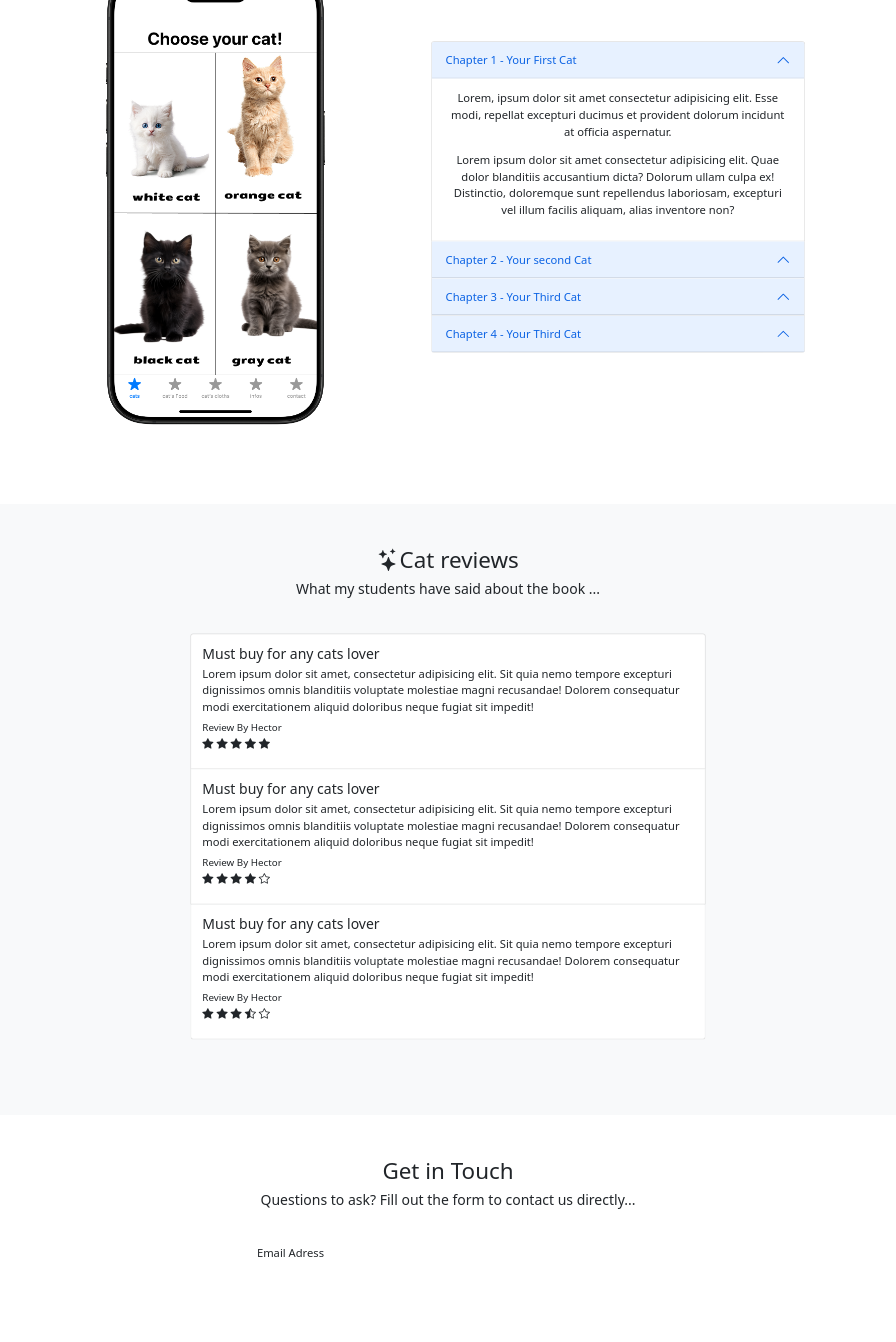
Repository: rihebtlh/catty-storefront
Page: index.html
The author's editor kept a copy of each file at every save. The page is drawn from the files as they stood at one save, then again after a run of saves.
The browser window is 1280 px wide. The pictures show the part of the page from y = 1740 to 3660 px (the page is 3657 px tall before and 3660 px after), at 70% of full size.

Above is the page before, as saved 2025-06-18 16:51:33.

After the next 3 saves:
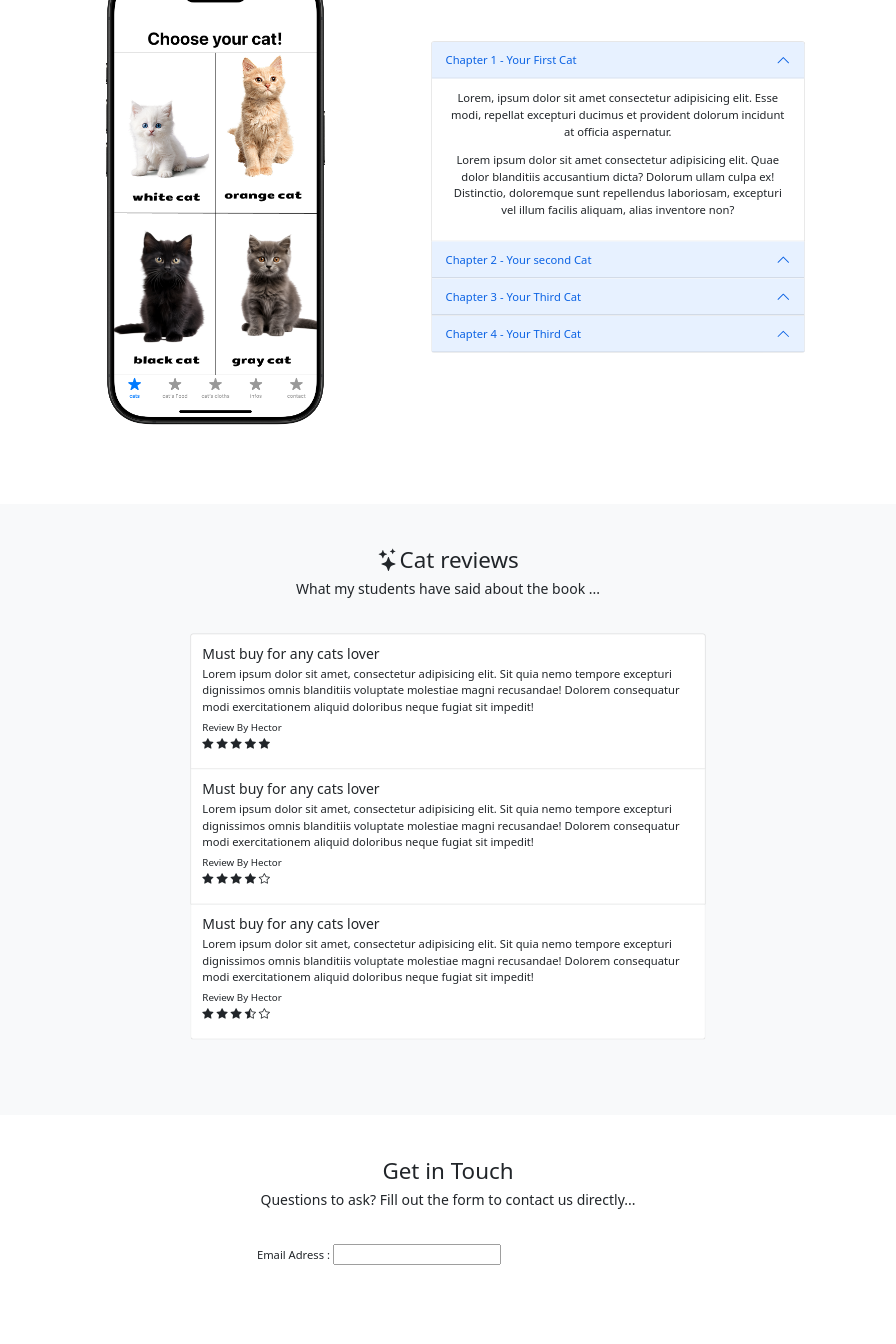
The 3 saves are shown as one change because they came seconds apart.
The last was saved 10 s later.
--- a/index.html
+++ b/index.html
@@ -282,7 +282,8 @@
         <div class="row justify-content-center my-5">
           <div class="col-lg-6">
             <form>
-              <label for="email" class="form-label">Email Adress</label>
+              <label for="email" class="form-label">Email Adress : </label>
+              <input type="text">
             </form>
           </div>
         </div>
